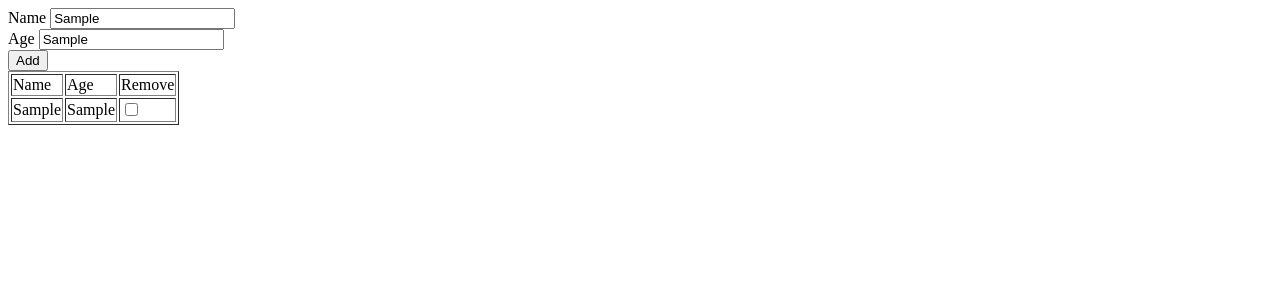
Repository: ravinforu/HTML5_CSS3_JS_Frameworks_Jul_2012-1
Page: Day01/WebContent/lab04.html
These files come from the project's save history. The page is drawn as it stood at one moment and after the next save; the edit follows.
The browser window is 1280 px wide. The pictures show the whole page.
Empty fields were first filled with sample values (such as "Sample", 5 or name@example.com).
After loading, the first visible `#addBtn` was clicked once.

Above is the page before, as saved 2012-07-20 10:41:52.

After the next save:
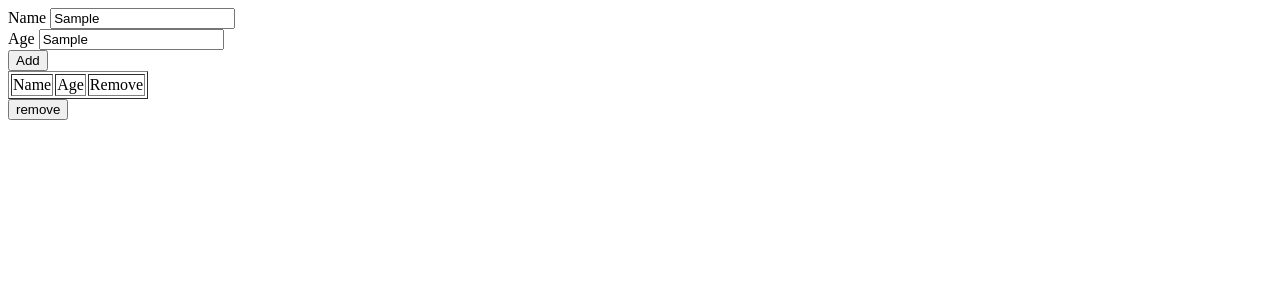
Console error: ReferenceError: removeRecords is not defined
Saved 72 s later.
--- a/Day01/WebContent/lab04.html
+++ b/Day01/WebContent/lab04.html
@@ -4,9 +4,15 @@
 <script src="jquery-1.7.2.js"></script>
 <script>
 	function addRecords(){
-		if($("#resultsTBL").length == 0)
+		if($("#resultsTBL").length == 0){
 			createTable();
+			createRemoveButton();
+		}
 		addRow($("#nameText").val(),$("#ageText").val());
+	}
+	function createRemoveButton(){
+		$("#results").append("<input type='button' value='remove' id='removeBtn'>");
+		$("#removeBtn").on("click",removeRecords);
 	}
 	function addRow(name,age){
 		var row = "<tr>";
